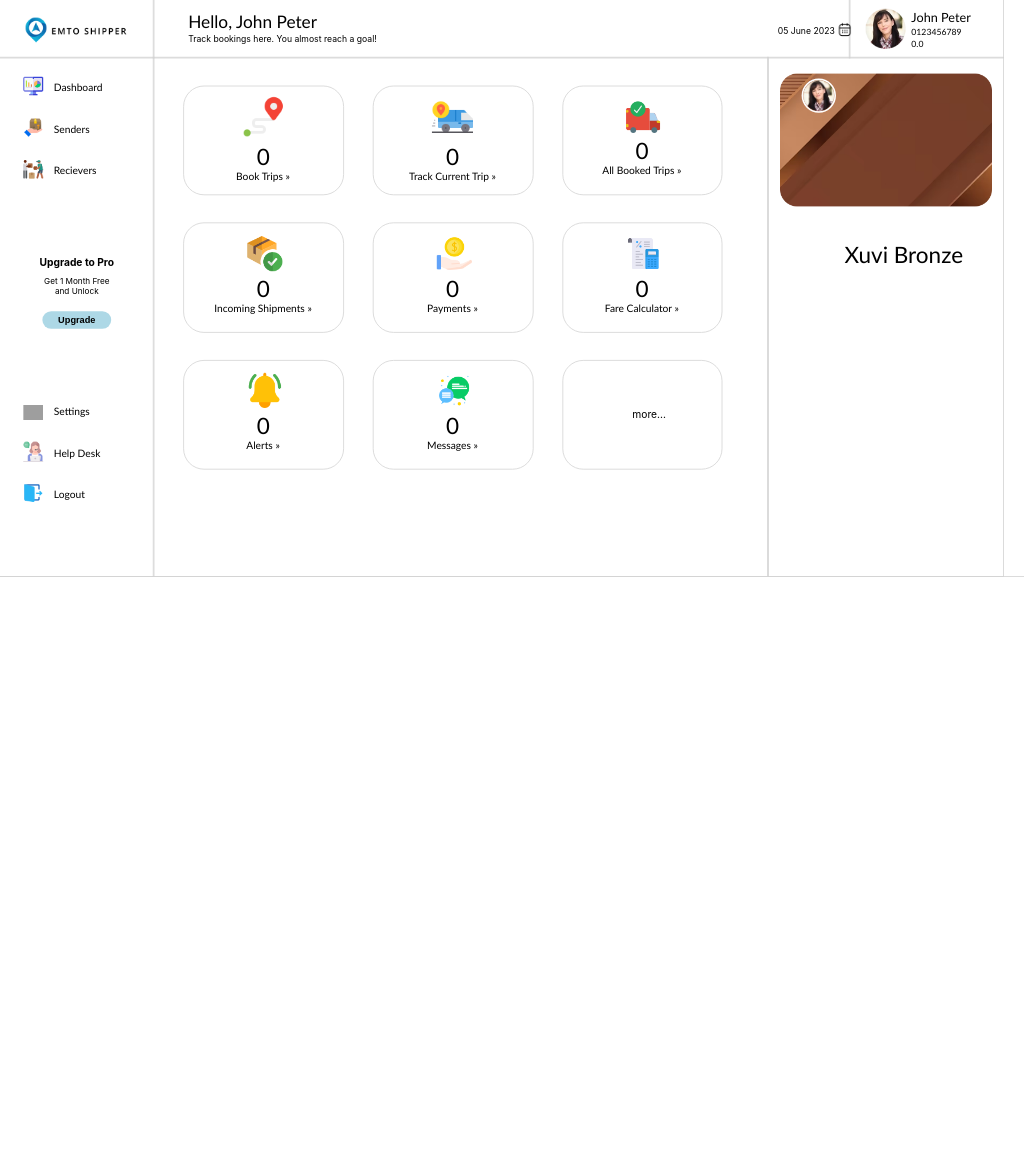
Repository: RoshanArun/Emto-Web
Page: /dashboard (app in emto/reactfirst/)
An editor plug-in stored every save of this project. The page is shown before and after a run of saves, followed by the edit.
The browser window is 1280 px wide. The pictures show the whole page, at 80% of full size.
Pictures or frames that could not be fetched are drawn as grey boxes. The project was rebuilt for these pictures with package versions that can differ from the ones it lists, and the page was loaded fresh each time. Also part of the build but not shown: emto/reactfirst/src/pages/SignUp/SignUp.css, emto/reactfirst/src/pages/SignUp/SignUp.js, emto/reactfirst/src/pages/Login/Login.js.

Above is the page before, as saved 2023-07-30 02:27:07.

### emto/reactfirst/src/App.js
import React from 'react';
import './pages/Login/Login.css';
import './pages/SignUp/SignUp.css';
import './pages/DashBoard/DashBoard.css';

import { BrowserRouter as Router, Routes, Route }
    from 'react-router-dom';

import SignUp from './pages/SignUp/SignUp';
import Login from './pages/Login/Login';
import DashBoard from './pages/DashBoard/DashBoard';


function App() {
    return (
        <Router>
            <Routes>
                <Route exact path='/' element={<Login />} />
                <Route path='/sign-up' element={<SignUp />} />
                <Route path='/dashboard' element={<DashBoard />} />
            </Routes>
        </Router>
    );
}

export default App;

### emto/reactfirst/src/pages/Login/Login.css
.wrapper {
  width: 100%;
  height: 100%;
  display: flex;
  flex-basis: 100%;
}

.page-left {
  width: 30%;
  min-width: 250px;
  height: 100vh;
  min-height: 570px;
  background-color: #f5f5f5;
}

.page-right {
  width: 100%;
  height: 75vh;
  background-color: #ffffff;
}

.logo {
  width: 60%;
  padding-top: 5%;
  padding-left: 5%;
  padding-bottom: 35%;
}

.truck {
  width: 100%;
  padding-bottom: 10%;
}

.emtocaption {
  width: 65%;
  padding-left: 7%;
  padding-bottom: 5%;
}

.loginbox {
  width: 85%;
  background-color: white;
  border-radius: 25px;
  margin-left: 5%;
  padding-left: 5%;
  padding-top: 2%;
  padding-bottom: 10%;
}

.details {
  font-size: 13px;
  font-family: 'Gill Sans', 'Gill Sans MT', Calibri, 'Trebuchet MS', sans-serif;
  padding-bottom: 8%;
}

.link {
  font-size: 10px;
  font-family: 'Gill Sans', 'Gill Sans MT', Calibri, 'Trebuchet MS', sans-serif;
}

.signin-content {
  height: 85%;
  width: 240px;
  margin-left: auto;
  margin-right: auto;
  padding-top: 30vh;
  min-height: 300px;
}

.signin-label {
  font-size: 27px;
  padding-bottom: 10%;
  padding-right: 30%;
  font-family: 'Gill Sans', 'Gill Sans MT', Calibri, 'Trebuchet MS', sans-serif;
  float: left;
}

.num-label {
  float: left;
  font-size: 12px;
  margin-bottom: 7px;
  font-family: 'Gill Sans', 'Gill Sans MT', Calibri, 'Trebuchet MS', sans-serif;
}

.numinput {
  border-radius: 5px;
  border: 1px solid lightgrey;
  height: 35px;
  width: 235px;
  float: left;
}

input::-webkit-inner-spin-button {
  -webkit-appearance: none;
  margin: 0;
}

.small {
  display: block;
  margin-bottom: -10px;
}

.invalidnumber {
  font-size: 8px;
  float: right;
  color: red;
}

.OTP-label {
  float: left;
  font-size: 11px;
  margin-right: 200px;
  margin-bottom: 7px;
  font-family: 'Gill Sans', 'Gill Sans MT', Calibri, 'Trebuchet MS', sans-serif;
}

.OTPNUM-input {
  width: 50px;
  height: 50px;
  border-radius: 5px;
  border: 1px solid lightgrey;
  position: relative;
  margin-right: 6px;
}

.OTPNUM-inputend {
  width: 50px;
  height: 50px;
  border-radius: 5px;
  border: 1px solid lightgrey;
  position: relative;
}

.invalidOTP {
  font-size: 8px;
  float: right;
  color: red;
}

.submit-button {
  width: 240px;
  height: 35px;
  background-color: #0d69ae;
  color: white;
  border-radius: 5px;
  border: 1px solid lightgrey;
  font-family: 'Gill Sans', 'Gill Sans MT', Calibri, 'Trebuchet MS', sans-serif;
  font-size: 11px;
  margin-top: 10px;
}

.bottom {
  height: 5%;
  margin-top: 1.5%;
  width: 100%;
  font-size: 9px;
  font-family: 'Gill Sans', 'Gill Sans MT', Calibri, 'Trebuchet MS', sans-serif;
}

.terms {
  margin-left: 5px;
  float: left;
}

.language {
  font-size: 9px;
  float: right;
  font-family: 'Gill Sans', 'Gill Sans MT', Calibri, 'Trebuchet MS', sans-serif;
  padding: 3px;
  margin-right: 10px;
}

.radio-button {
  float: right;
  height: 10px;
  width: 10px;
}

@media (max-width: 600px) {
  .wrapper {
    flex-wrap: wrap;
  }

  div {
    flex-basis: 33%;
  }

  .page-left {
    width: 100%;
    min-width: 100%;
    height: 100%;
    background-color: #f5f5f5;
  }

  .box {
    width: 85%;
    background-color: white;
    border-radius: 25px;
    margin-left: 5%;
    padding-left: 5%;
    padding-top: 2%;
    padding-bottom: 5%;
    margin-bottom: 5%;
  }

  .page-right {
    width: 100%;
    min-width: 100%;
    height: 150vw;
    background-color: #f5f5f5;
  }

  .signin-content {
    height: 85%;
    width: 240px;
    padding-top: 25vh;
    text-align: center;

  }
}

### emto/reactfirst/src/pages/DashBoard/DashBoard.css
.dash {
  height: 100vh;
  width: 100vw;
  outline: 1px solid lightgray;
  min-width: 1025px;;
  display: flex;
  flex-wrap: wrap;
}

.top-logo {
  width: 15vw;
  height: 10vh;
  outline: 1px solid lightgray;
  min-height: 55px;;
  min-width: 150px;;
}

.top-intro {
  width: 68vw;
  height: 10vh;
  outline: 1px solid lightgray;
  min-width: 450px;
  min-height: 55px;;
  min-width: 680px;;
}

.top-profile {
  width: 15vw;
  height: 10vh;
  outline: 1px solid lightgray;
  min-width: 100px;
  min-height: 55px;;
  min-width: 165px;;
}

.bottom-options {
  width: 15vw;
  height: 90vh;
  outline: 1px solid lightgray;
  min-height: 450px;
  min-width: 150px;;
}

.bottom-info {
  width: 60vw;
  height: 90vh;
  outline: 1px solid lightgray;
  min-width: 600px;;
}

.bottom-profile {
  width: 23vw;
  height: 90vh;
  outline: 1px solid lightgray;
  min-width: 250px;
}


.dashboardlogo {
  width: 17.5vh;
  margin-top: 3vh;
  margin-left: 2.5vw;
  min-width: 100px;
}

.dashboardicon {
  margin-top: 12%;
  margin-left: 15%;
  width: 13%;
  min-width: 20px;
}

.dashboardlabels {
  margin-left: 7%;
  font-size: 1vw;
  position: relative;
  bottom: .5vw;
  font-family: 'Gill Sans', 'Gill Sans MT', Calibri, 'Trebuchet MS', sans-serif;
  color: black;
}

.pro {
  font-size: 1.0vw;
  font-weight: bold;
  text-align: center;
  display: block;
  margin-bottom: 5%;
  margin-top: 10vh;
}

.unlock {
  display: block;
  font-size: .8vw;
  word-wrap: break-word;
  text-align: center;

}

.unlock2 {
  font-size: .8vw;
  text-align: center;
  display: block;

}

.upgrade {
  background-color: lightblue;
  border: none;
  border-radius: 15px;
  width: 45%;
  height: 3.5%;
  margin-left: auto;
  margin-right: auto;
  display: grid;
  margin-bottom: 10vh;
  text-align: center;
  font-size: .9vw;
  font-weight: bold;
  align-items: center;
}

.intro {
  font-size: 3vh;
  font-family: 'Gill Sans', 'Gill Sans MT', Calibri, 'Trebuchet MS', sans-serif;
  padding-left: 6vh;
  margin-top: 2vh;
  display: inline-block;
}

.introsub {
  margin-left: 6vh;
  font-size: 1.5vh;
  margin-top: 2px;
  display: flex;
}


.Calender {
  position: relative;
  left: 45vw;
  top: 1vh;
  font-size: 1.5vh;
}

.calenderIcon {
  width: 2.5vh;
  position: relative;
  left: 45.25vw;
  top: 1.5vh;
  font-size: 1.5vh;
}

.profileIcon {
  width: 7vh;
  margin-left: 10%;
  margin-top: 1.5vh;
  min-width: 40px
}

.userLabel {
  margin-left: 6vw;
  font-size: 2.2vh;
  position: relative;
  bottom: 7.5vh;
  font-family: 'Gill Sans', 'Gill Sans MT', Calibri, 'Trebuchet MS', sans-serif;
  color: black;
  display: block;
  margin-bottom: -17.5px
}

.userLabel2 {
  margin-left: 6vw;
  font-size: 1.5vh;
  position: relative;
  bottom: 7.5vh;
  font-family: 'Gill Sans', 'Gill Sans MT', Calibri, 'Trebuchet MS', sans-serif;
  color: black;
  display: block;
  margin-bottom: -17.5px
}

.box {
  margin-top: 5vh;
  height: 6vh;
  width: 12.5vw;
  outline: 1px solid lightgray;
  display: inline-block;
  vertical-align: top;
  background-color: white;
  border-radius: 25px;
  margin-left: 5%;
  padding-left: 5%;
  padding-top: 2%;
  padding-bottom: 10%;
  min-width: 130px;
  min-height: 40px;

}

.boximage {
  width: 35%;
  margin-left: 20%;
  margin-top: -5px;
  margin-right: auto;
}

.boximage2 {
  width: 27.5%;
  margin-left: 25%;

}

.boxLabel {
  display: block;
  margin-left: 32.5%;
  font-size: 2.2vw;
  font-family: 'Gill Sans', 'Gill Sans MT', Calibri, 'Trebuchet MS', sans-serif;

}

.boxlabel2 {
  display: block;
  font-size: 1vw;
  text-align: center;
  margin-left: -25%;
  margin-top: -20px;
  font-family: 'Gill Sans', 'Gill Sans MT', Calibri, 'Trebuchet MS', sans-serif;
}

.more {
  margin-left: 30%;
  margin-top: 27.5%;
  display: block;
  font-size: 1vw;
}

.bronze{
  width: 90%;
  margin-top: 20px;
  margin-left: 5%;
}

.bronzelabel{
  display: block;
  margin-left: 32.5%;
  font-size: 2.2vw;
  font-family: 'Gill Sans', 'Gill Sans MT', Calibri, 'Trebuchet MS', sans-serif;

}

.bronzeicon{
  width: 3vw;
  position: relative;
  display: flex;
  left: 15%;
  top: -22.5vh;
  outline: 2px solid white;
  border-radius: 205px;
  min-width: 35px;
  min-height: 35px;
}

.bronzeInformation{
  display: flex;
  position: relative;
  right: 30%;
  margin-top: 45%;
  margin-right: 5vw;
  font-size: 1.2vw;
  color: white;
}


.bronzeInformation2{
  display: flex;
  position: relative;
  right: 120%;
  margin-top: 55%;
  margin-right: 2.5vw;
  font-size: .8vw;
  color: white;
 }

.bo2{
  margin-top: 5vh;
  height: 25vh;
  width: 20vw;
  display: flex;
  vertical-align: top;
  background-color: white;
  margin-left: 10%;
  min-width: 130px;
  min-height: 130px;
  outline: 2px solid black;

}

### emto/reactfirst/src/pages/DashBoard/DashBoard.js
import React from 'react';
import IMAGES from '../../Components';

const DashBoard = () => {
    return (
        <div class="DashBoard">
            <meta name="viewport" content="width=device-width, initial-scale=1.0" />
            <div class="wrapper">
                <div class="dash">
                    <div class="top-logo">
                        <img src={IMAGES.emtologo} class="dashboardlogo" alt="dashboardlogo" /><br></br>
                    </div>
                    <div class="top-intro">
                        <label class="intro">Hello, John Peter</label>
                        <label class="Calender">05 June 2023</label>
                        <img src={IMAGES.calender} class="calenderIcon" alt="dashboardlogo" /><br></br>
                        <label class="introsub">Track bookings here. You almost reach a goal!</label>
                    </div>
                    <div class="top-profile">
                        <img src={IMAGES.profile} class="profileIcon" alt="dashboardlogo" />
                        <label class="userLabel">John Peter</label><br></br>
                        <label class="userLabel2">0123456789</label><br></br>
                        <label class="userLabel2">0.0</label><br></br>
                    </div>

                    <div class="bottom-options">
                        <img src={IMAGES.dashboard} class="dashboardicon" alt="dashboardlogo" /><label class="dashboardlabels">Dashboard</label><br></br>
                        <img src={IMAGES.senders} class="dashboardicon" alt="dashboardlogo" /><label class="dashboardlabels">Senders</label><br></br>
                        <img src={IMAGES.recievers} class="dashboardicon" alt="dashboardlogo" /><label class="dashboardlabels">Recievers</label><br></br><br></br>
                        <label class="pro">Upgrade to Pro</label>
                        <label class="unlock">Get 1 Month Free</label>
                        <label class="unlock2">and Unlock</label><br></br>
                        <button class="upgrade">Upgrade</button>
                        <img src={IMAGES.settings} class="dashboardicon" alt="dashboardlogo" /><label class="dashboardlabels">Settings</label><br></br>
                        <img src={IMAGES.csx} class="dashboardicon" alt="dashboardlogo" /><label class="dashboardlabels">Help Desk</label><br></br>
                        <img src={IMAGES.logout} class="dashboardicon" alt="dashboardlogo" /><label class="dashboardlabels">Logout</label><br></br>
                    </div>

                    <div class="bottom-info">
                        <div class="box">
                            <img src={IMAGES.booktrips} class="boximage" alt="dashboardlogo" />
                            <label class="boxLabel">0</label><br></br>
                            <label class="boxlabel2">Book Trips 	&#187;</label>
                        </div>
                        <div class="box">
                            <img src={IMAGES.currenttTrips} class="boximage" alt="dashboardlogo" />
                            <label class="boxLabel">0</label><br></br>
                            <label class="boxlabel2">Track Current Trip	&#187;</label>
                        </div>
                        <div class="box">
                            <img src={IMAGES.bookedTrips} class="boximage2" alt="dashboardlogo" />
                            <label class="boxLabel">0</label><br></br>
                            <label class="boxlabel2">All Booked Trips	&#187;</label>
                        </div>
                        <div class="box">
                            <img src={IMAGES.incomingShipments} class="boximage2" alt="dashboardlogo" />
                            <label class="boxLabel">0</label><br></br>
                            <label class="boxlabel2">Incoming Shipments	&#187;</label>
                        </div>
                        <div class="box">
                            <img src={IMAGES.payments} class="boximage2" alt="dashboardlogo" />
                            <label class="boxLabel">0</label><br></br>
                            <label class="boxlabel2">Payments	&#187;</label>
                        </div>
                        <div class="box">
                            <img src={IMAGES.fareCalc} class="boximage2" alt="dashboardlogo" />
                            <label class="boxLabel">0</label><br></br>
                            <label class="boxlabel2">Fare Calculator	&#187;</label>
                        </div>
                        <div class="box">
                            <img src={IMAGES.alerts} class="boximage2" alt="dashboardlogo" />
                            <label class="boxLabel">0</label><br></br>
                            <label class="boxlabel2">Alerts	&#187;</label>
                        </div>
                        <div class="box">
                            <img src={IMAGES.messages} class="boximage2" alt="dashboardlogo" />
                            <label class="boxLabel">0</label><br></br>
                            <label class="boxlabel2">Messages	&#187;</label>
                        </div>
                        <div class="box">
                            <label class="more">more...</label><br></br>
                        </div>
                    </div>

                    <div class="bottom-profile">
                        <div class='box2'>
                            <img src={IMAGES.bronze} class="bronze" alt="dashboardlogo" />
                            <img src={IMAGES.profile} class="bronzeicon" alt="dashboardlogo" />
                            <label class="bronzelabel">Xuvi Bronze</label><br></br>
                            <label class="bronzeInformation">0</label><br></br>
                            <label class="bronzeInformation">0</label><br></br>
                            <label class="bronzeInformation">0</label><br></br>
                            <label class="bronzeInformation2">Bookings</label><br></br>
                            <label class="bronzeInformation2">Pending Payments</label><br></br>
                            <label class="bronzeInformation2">Points</label><br></br>

                        </div>


                        {/* <img src={IMAGES.bronze} class="box-banner2" alt="dashboardlogo" /> */}
                    </div>
                </div>
            </div>
        </div>
    );
}
export default DashBoard;

### emto/reactfirst/src/Components/index.js
const IMAGES = {
    emtocaption: require('./emto-caption.png'),
    emtotruck: require('./emtotruck.jpg'),
    emtologo: require('./emto-logo.png'),

    dashboard: require('./business-report.png'),
    senders: require('./senders.png'),
    recievers: require('./recievers.png'),

    settings: require('./settings.png'),
    csx: require('./customer-service.png'),
    logout: require('./logout.png'),

    calender: require('./calendar.png'),
    profile: require('./profile.png'),

    booktrips: require('./destination.png'),
    currenttTrips: require('./tracking.png'),
    bookedTrips: require('./truck.png'),
    incomingShipments: require('./approval.png'),
    payments: require('./cash-payment.png'),
    fareCalc: require('./calculator.png'),
    alerts: require('./bell.png'),
    messages: require('./chat-box.png'),

    bronze: require('./bronze-bg.png')
}

export default IMAGES;

Loaded but not shown: emto/reactfirst/public/index.html (common file); emto/reactfirst/src/index.js (common file); emto/reactfirst/src/index.css (common file); emto/reactfirst/src/reportWebVitals.js (common file)

After the next 2 saves:
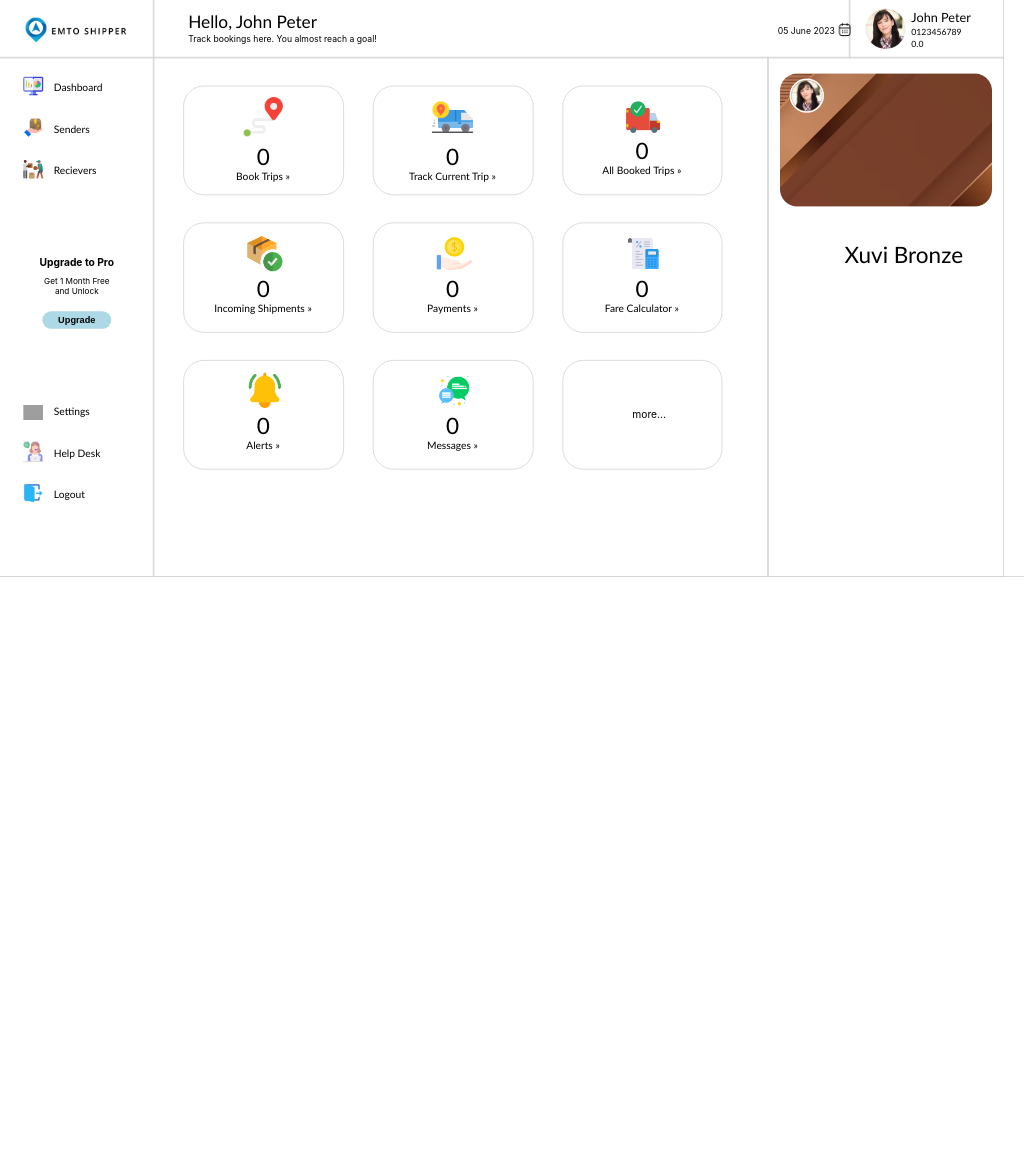
The 2 saves are shown as one change because they came seconds apart.
The last was saved 7 s later.
--- a/emto/reactfirst/src/pages/DashBoard/DashBoard.css
+++ b/emto/reactfirst/src/pages/DashBoard/DashBoard.css
@@ -252,7 +252,7 @@
   width: 3vw;
   position: relative;
   display: flex;
-  left: 15%;
+  left: 10%;
   top: -22.5vh;
   outline: 2px solid white;
   border-radius: 205px;
